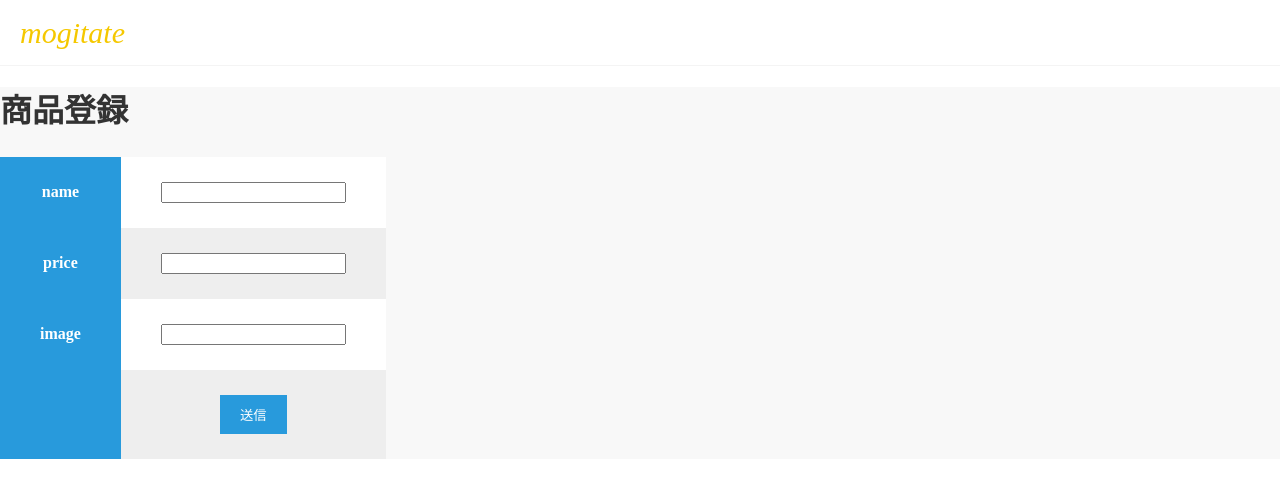
Repository: SuzukiFuminori/test-fruit
Page: http://localhost/products/register
These files come from the project's save history. The page is drawn as it stood at one moment and after the next save; the edit follows.
The browser window is 1280 px wide. The pictures show the whole page.
The page is served by the project's Laravel application, run on PHP 8.4 with Laravel 8. Other server files are loaded and not shown.

Above is the page before, as saved 2024-12-29 22:04:11.

### src/routes/web.php
<?php

use Illuminate\Support\Facades\Route;
use App\Http\Controllers\ProductController;

/*
|--------------------------------------------------------------------------
| Web Routes
|--------------------------------------------------------------------------
|
| Here is where you can register web routes for your application. These
| routes are loaded by the RouteServiceProvider within a group which
| contains the "web" middleware group. Now create something great!
|
*/

Route::get('/products', [ProductController::class, 'index']);
Route::get('/products/register', [ProductController::class, 'add']);

### src/app/Http/Controllers/ProductController.php
<?php

namespace App\Http\Controllers;
use App\Models\Product;
use Illuminate\Http\Request;

class ProductController extends Controller
{
    // 商品一覧ページの表示
    public function index()
    {
        $products = Product::all();
        return view('index', ['products' => $products]);
    }

    // 商品登録ページの表示
    public function add()
    {
        return view('add');
    }
}

### src/resources/views/add.blade.php
@extends('layouts.default')
<style>
  th {
    background-color: #289ADC;
    color: white;
    padding: 5px 40px;
  }
  tr:nth-child(odd) td{
    background-color: #FFFFFF;
  }
  td {
    padding: 25px 40px;
    background-color: #EEEEEE;
    text-align: center;
  }
  button {
    padding: 10px 20px;
    background-color: #289ADC;
    border: none;
    color: white;
  }
</style>
@section('title', '商品登録')

@section('content')
<form action="" method="post">
  <table>
  @csrf
    <tr>
      <th>name</th>
      <td><input type="text" name="name"></td>
    </tr>
    <tr>
      <th>price</th>
      <td><input type="text" name="price"></td>
    </tr>
    <tr>
      <th>image</th>
      <td><input type="text" name="image"></td>
    </tr>
    <tr>
      <th></th>
      <td><button>送信</button></td>
    </tr>
  </table>
</form>
@endsection

### src/resources/views/layouts/default.blade.php
<!DOCTYPE html>
<html lang="ja">

<head>
  <meta charset="UTF-8">
  <meta name="viewport" content="width=device-width, initial-scale=1.0">
  <title>@yield('title')</title>
  <link rel="stylesheet" href="{{ asset('css/sanitize.css') }}">
  <link rel="stylesheet" href="{{ asset('css/common.css') }}">
  @yield('css')
</head>

<body>
  <header class="header">
    <div class="header__inner">
      <a class="header__logo">
        mogitate
      </a>
    </div>
  </header>
  <main>
    <h1>@yield('title')</h1>
    <div class="content">
      @yield('content')
    </div>
  </main>
</body>

</html>

### src/public/css/sanitize.css
/* Document
* ========================================================================== */

/**
* Add border box sizing in all browsers (opinionated).
*/

*,
::before,
::after {
  box-sizing: border-box;
}

/**
* 1. Add text decoration inheritance in all browsers (opinionated).
* 2. Add vertical alignment inheritance in all browsers (opinionated).
*/

::before,
::after {
  vertical-align: inherit;
  /* 2 */
  text-decoration: inherit;
  /* 1 */
}

/**
* 1. Use the default cursor in all browsers (opinionated).
* 2. Change the line height in all browsers (opinionated).
* 3. Use a 4-space tab width in all browsers (opinionated).
* 4. Remove the grey highlight on links in iOS (opinionated).
* 5. Prevent adjustments of font size after orientation changes in
*    IE on Windows Phone and in iOS.
* 6. Breaks words to prevent overflow in all browsers (opinionated).
*/

html {
  word-break: break-word;
  /* 6 */
  -moz-tab-size: 4;
  /* 3 */
  tab-size: 4;
  /* 3 */
  line-height: 1.5;
  /* 2 */
  cursor: default;
  /* 1 */

  -webkit-tap-highlight-color: transparent
    /* 4 */
  ;
  -ms-text-size-adjust: 100%;
  /* 5 */
  -webkit-text-size-adjust: 100%;
  /* 5 */
}

/* Sections
* ========================================================================== */

/**
* Remove the margin in all browsers (opinionated).
*/

body {
  margin: 0;
}

/**
* Correct the font size and margin on `h1` elements within `section` and
* `article` contexts in Chrome, Edge, Firefox, and Safari.
*/

h1 {
  margin: 0.67em 0;
  font-size: 2em;
}

/* Grouping content
* ========================================================================== */

/**
* Remove the margin on nested lists in Chrome, Edge, IE, and Safari.
*/

dl dl,
dl ol,
dl ul,
ol dl,
ul dl {
  margin: 0;
}

/**
* Remove the margin on nested lists in Edge 18- and IE.
*/

ol ol,
ol ul,
ul ol,
ul ul {
  margin: 0;
}

/**
* 1. Add the correct sizing in Firefox.
* 2. Show the overflow in Edge 18- and IE.
*/

hr {
  overflow: visible;
  /* 2 */
  height: 0;
  /* 1 */
}

/**
* Add the correct display in IE.
*/

main {
  display: block;
}

/**
* Remove the list style on navigation lists in all browsers (opinionated).
*/

nav ol,
nav ul {
  padding: 0;
  list-style: none;
}

/**
* 1. Correct the inheritance and scaling of font size in all browsers.
* 2. Correct the odd `em` font sizing in all browsers.
*/

pre {
  font-size: 1em;
  /* 2 */
  font-family: monospace, monospace;
  /* 1 */
}

/* Text-level semantics
* ========================================================================== */

/**
* Remove the gray background on active links in IE 10.
*/

a {
  background-color: transparent;
}

/**
* Add the correct text decoration in Edge 18-, IE, and Safari.
*/

abbr[title] {
  text-decoration: underline;
  text-decoration: underline dotted;
}

/**
* Add the correct font weight in Chrome, Edge, and Safari.
*/

b,
strong {
  font-weight: bolder;
}

/**
* 1. Correct the inheritance and scaling of font size in all browsers.
* 2. Correct the odd `em` font sizing in all browsers.
*/

code,
kbd,
samp {
  font-size: 1em;
  /* 2 */
  font-family: monospace, monospace;
  /* 1 */
}

/**
* Add the correct font size in all browsers.
*/

small {
  font-size: 80%;
}

/* Embedded content
* ========================================================================== */

/*
* Change the alignment on media elements in all browsers (opinionated).
*/

audio,
canvas,
iframe,
img,
svg,
video {
  vertical-align: middle;
}

/**
* Add the correct display in IE 9-.
*/

audio,
video {
  display: inline-block;
}

/**
* Add the correct display in iOS 4-7.
*/

audio:not([controls]) {
  display: none;
  height: 0;
}

/**
* Remove the border on iframes in all browsers (opinionated).
*/

iframe {
  border-style: none;
}

/**
* Remove the border on images within links in IE 10-.
*/

img {
  border-style: none;
}

/**
* Change the fill color to match the text color in all browsers (opinionated).
*/

svg:not([fill]) {
  fill: currentColor;
}

/**
* Hide the overflow in IE.
*/

svg:not(:root) {
  overflow: hidden;
}

/* Tabular data
* ========================================================================== */

/**
* Collapse border spacing in all browsers (opinionated).
*/

table {
  border-collapse: collapse;
}

/* Forms
* ========================================================================== */

/**
* Remove the margin on controls in Safari.
*/

button,
input,
select {
  margin: 0;
}

/**
* 1. Show the overflow in IE.
* 2. Remove the inheritance of text transform in Edge 18-, Firefox, and IE.
*/

button {
  overflow: visible;
  /* 1 */
  text-transform: none;
  /* 2 */
}

/**
* Correct the inability to style buttons in iOS and Safari.
*/

button,
[type="button"],
[type="reset"],
[type="submit"] {
  -webkit-appearance: button;
}

/**
* 1. Change the inconsistent appearance in all browsers (opinionated).
* 2. Correct the padding in Firefox.
*/

fieldset {
  padding: 0.35em 0.75em 0.625em;
  /* 2 */
  border: 1px solid #a0a0a0;
  /* 1 */
}

/**
* Show the overflow in Edge 18- and IE.
*/

input {
  overflow: visible;
}

/**
* 1. Correct the text wrapping in Edge 18- and IE.
* 2. Correct the color inheritance from `fieldset` elements in IE.
*/

legend {
  display: table;
  /* 1 */
  max-width: 100%;
  /* 1 */
  color: inherit;
  /* 2 */
  white-space: normal;
  /* 1 */
}

/**
* 1. Add the correct display in Edge 18- and IE.
* 2. Add the correct vertical alignment in Chrome, Edge, and Firefox.
*/

progress {
  display: inline-block;
  /* 1 */
  vertical-align: baseline;
  /* 2 */
}

/**
* Remove the inheritance of text transform in Firefox.
*/

select {
  text-transform: none;
}

/**
* 1. Remove the margin in Firefox and Safari.
* 2. Remove the default vertical scrollbar in IE.
* 3. Change the resize direction in all browsers (opinionated).
*/

textarea {
  overflow: auto;
  /* 2 */
  margin: 0;
  /* 1 */
  resize: vertical;
  /* 3 */
}

/**
* Remove the padding in IE 10-.
*/

[type="checkbox"],
[type="radio"] {
  padding: 0;
}

/**
* 1. Correct the odd appearance in Chrome, Edge, and Safari.
* 2. Correct the outline style in Safari.
*/

[type="search"] {
  outline-offset: -2px;
  /* 2 */

  -webkit-appearance: textfield;
  /* 1 */
}

/**
* Correct the cursor style of increment and decrement buttons in Safari.
*/

::-webkit-inner-spin-button,
::-webkit-outer-spin-button {
  height: auto;
}

/**
* Correct the text style of placeholders in Chrome, Edge, and Safari.
*/

::-webkit-input-placeholder {
  color: inherit;
  opacity: 0.54;
}

/**
* Remove the inner padding in Chrome, Edge, and Safari on macOS.
*/

::-webkit-search-decoration {
  -webkit-appearance: none;
}

/**
* 1. Correct the inability to style upload buttons in iOS and Safari.
* 2. Change font properties to `inherit` in Safari.
*/

::-webkit-file-upload-button {
  font: inherit;
  /* 2 */

  -webkit-appearance: button;
  /* 1 */
}

/**
* Remove the inner border and padding of focus outlines in Firefox.
*/

::-moz-focus-inner {
  padding: 0;
  border-style: none;
}

/**
* Restore the focus outline styles unset by the previous rule in Firefox.
*/

:-moz-focusring {
  outline: 1px dotted ButtonText;
}

/**
* Remove the additional :invalid styles in Firefox.
*/

:-moz-ui-invalid {
  box-shadow: none;
}

/* Interactive
* ========================================================================== */

/*
* Add the correct display in Edge 18- and IE.
*/

details {
  display: block;
}

/*
* Add the correct styles in Edge 18-, IE, and Safari.
*/

dialog {
  position: absolute;
  right: 0;
  left: 0;
  display: block;
  margin: auto;
  padding: 1em;
  width: -moz-fit-content;
  width: -webkit-fit-content;
  width: fit-content;
  height: -moz-fit-content;
  height: -webkit-fit-content;
  height: fit-content;
  border: solid;
  background-color: white;
  color: black;
}

dialog:not([open]) {
  display: none;
}

/*
* Add the correct display in all browsers.
*/

summary {
  display: list-item;
}

/* Scripting
* ========================================================================== */

/**
* Add the correct display in IE 9-.
*/

canvas {
  display: inline-block;
}

/**
* Add the correct display in IE.
*/

template {
  display: none;
}

/* User interaction
* ========================================================================== */

/*
* 1. Remove the tapping delay in IE 10.
* 2. Remove the tapping delay on clickable elements
in all browsers (opinionated).
*/

a,
area,
button,
input,
label,
select,
summary,
textarea,
[tabindex] {
  -ms-touch-action: manipulation;
  /* 1 */
  touch-action: manipulation;
  /* 2 */
}

/**
* Add the correct display in IE 10-.
*/

[hidden] {
  display: none;
}

/* Accessibility
* ========================================================================== */

/**
* Change the cursor on busy elements in all browsers (opinionated).
*/

[aria-busy="true"] {
  cursor: progress;
}

/*
* Change the cursor on control elements in all browsers (opinionated).
*/

[aria-controls] {
  cursor: pointer;
}

/*
* Change the cursor on disabled, not-editable, or otherwise
* inoperable elements in all browsers (opinionated).
*/

[aria-disabled="true"],
[disabled] {
  cursor: not-allowed;
}

/*
* Change the display on visually hidden accessible elements
* in all browsers (opinionated).
*/

[aria-hidden="false"][hidden] {
  display: initial;
}

[aria-hidden="false"][hidden]:not(:focus) {
  position: absolute;
  clip: rect(0, 0, 0, 0);
}

### src/public/css/common.css
.header {
  background: white;
}

.header__inner {
  margin: 0 auto;
  padding: 10px 20px;
  border-bottom: solid 1px #f4f4f4;
}

.header__logo {
  font-family: jsMath-cmti10;
  font-size: 30px;
  color: #F5C800;
  font-weight: 500;
  font-style: italic;
}

main {
  background: #f8f8f8;
}

h1 {
  font-family: "Hiragino Kaku Gothic Pro";
  font-size: 32px;
  color: #333333;
  font-weight: 600;
}

Loaded but not shown: src/app/Http/Controllers/Controller.php (common file)

After the next save:
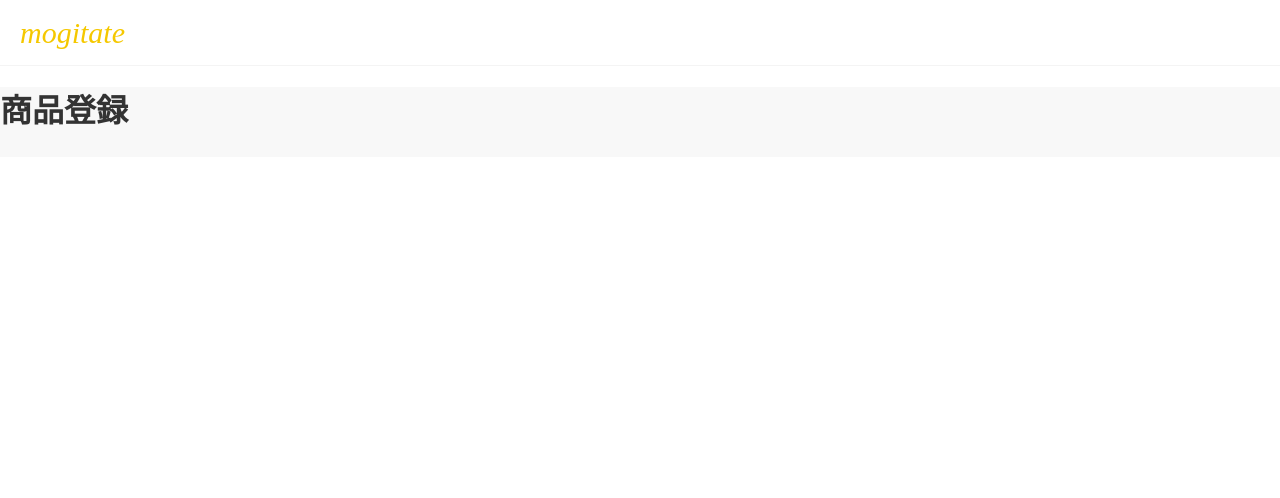
Saved 3 min 37 s later.
--- a/src/resources/views/add.blade.php
+++ b/src/resources/views/add.blade.php
@@ -26,22 +26,4 @@
 <form action="" method="post">
   <table>
   @csrf
-    <tr>
-      <th>name</th>
-      <td><input type="text" name="name"></td>
-    </tr>
-    <tr>
-      <th>price</th>
-      <td><input type="text" name="price"></td>
-    </tr>
-    <tr>
-      <th>image</th>
-      <td><input type="text" name="image"></td>
-    </tr>
-    <tr>
-      <th></th>
-      <td><button>送信</button></td>
-    </tr>
-  </table>
-</form>
 @endsection
